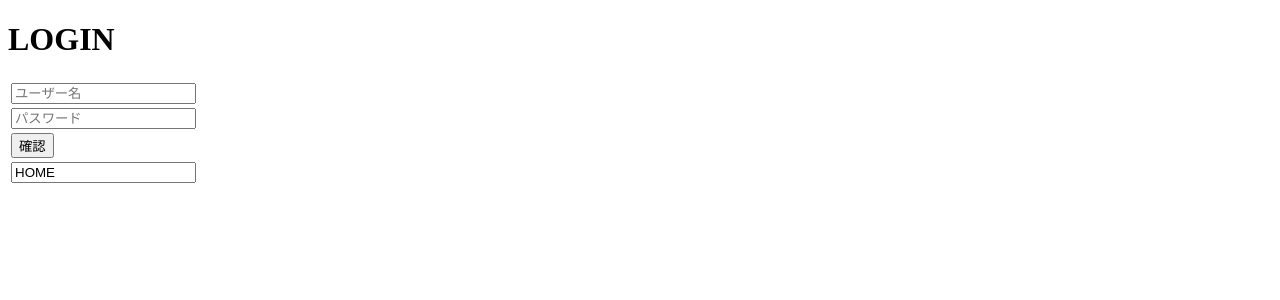
Repository: ryuhei0204/test
Page: http://localhost/Mytest/login.jsp
The author's editor kept a copy of each file at every save. The page is drawn from the files as they stood at one save, then again after the next save.
The browser window is 1280 px wide. The pictures show the whole page.
The page is served by Tomcat 9. Other server files are loaded and not shown.

Above is the page before, as saved 2019-06-24 01:48:59.

### Mytest/WebContent/login.jsp
<%@ page language="java" contentType="text/html; charset=UTF-8"
    pageEncoding="UTF-8"%>
<%@ taglib prefix = "s" uri = "/struts-tags" %>
<!DOCTYPE html>
<html>
<head>
<meta http-equiv="Content-Type" content="text/html; charset=UTF-8">
<title>LOGIN画面</title>
</head>
<body>
<h1>LOGIN</h1>
<s:if test = "errorMessage != ''">
   <s:property value = "errorMessage" escape="false"/>
</s:if>
<form action = "LoginConfirmAction" method = "post">
<table>
   <tr>
      <td><input type = "text" name = "userId" value = "<s:property value = 'userId'/>" placeholder = "ユーザー名"/></td>
   </tr>
   <tr>
      <td><input type = "password" name = "password" value = "" placeholder = "パスワード"/></td>
   </tr>
   <tr>
      <td><input type = "submit" value = "確認"/></td>
   </tr>
   <tr>
      <td><input type = "botton" value = "HOME" onclick = "formSubmit(this, 'GoHomeAction')"/></td>
   </tr>
</table>
</form>

</body>
</html>

After the next save:
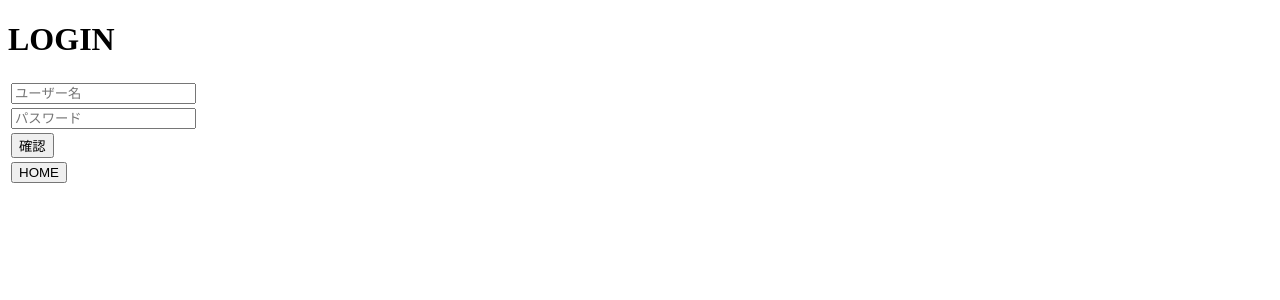
Saved 10 s later.
--- a/Mytest/WebContent/login.jsp
+++ b/Mytest/WebContent/login.jsp
@@ -24,7 +24,7 @@
       <td><input type = "submit" value = "確認"/></td>
    </tr>
    <tr>
-      <td><input type = "botton" value = "HOME" onclick = "formSubmit(this, 'GoHomeAction')"/></td>
+      <td><input type = "button" value = "HOME" onclick = "formSubmit(this, 'GoHomeAction')"/></td>
    </tr>
 </table>
 </form>
